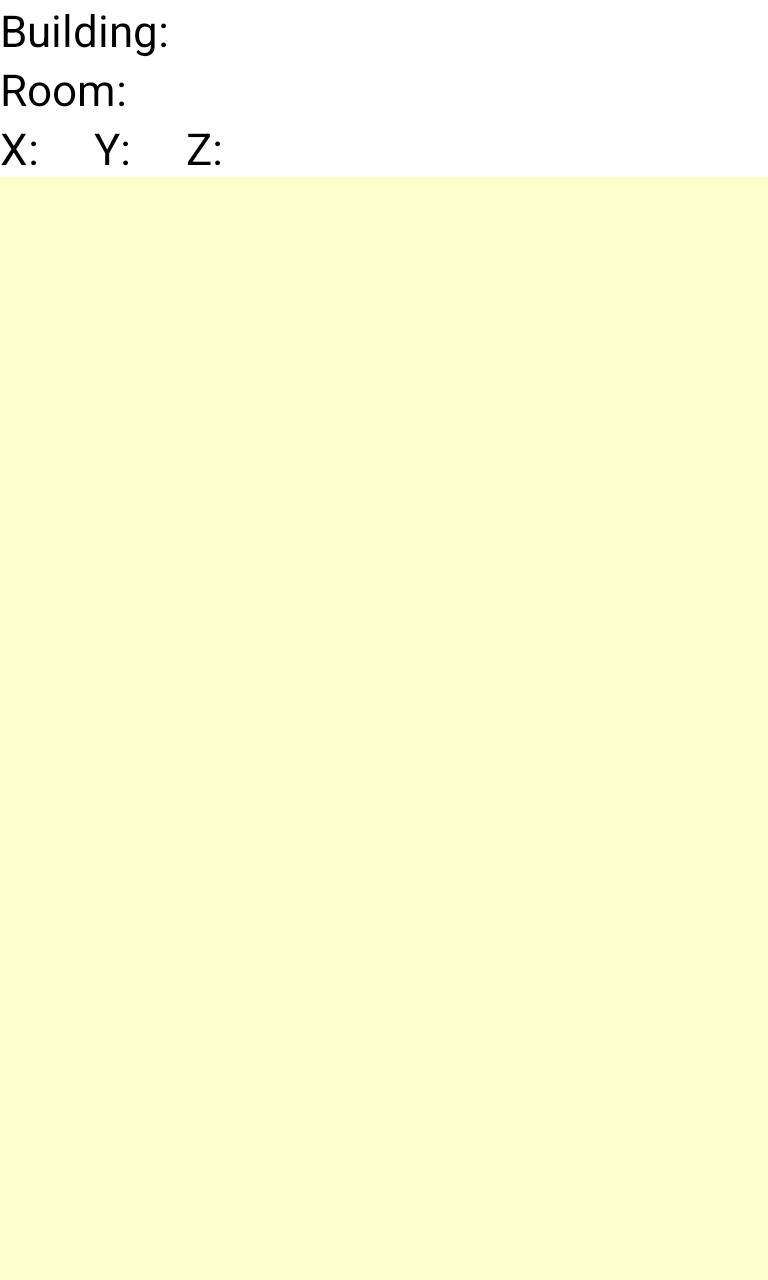
Repository: RenchuSong/tMap_Android
Layout: tmap_model_tool/res/layout/locating.xml
The author's editor kept a copy of each file at every save. The layout is drawn from the files as they stood at one save, then again after the next save.
It is drawn on a 768 x 1280 px phone screen (xhdpi) without system bars, with theme AppTheme; the app's code is not run.

Above is the layout before, as saved 2014-05-11 22:30:48.

### tmap_model_tool/res/layout/locating.xml
<?xml version="1.0" encoding="utf-8"?>
<LinearLayout xmlns:android="http://schemas.android.com/apk/res/android"
    android:layout_width="match_parent"
    android:layout_height="match_parent"
    android:orientation="vertical" >

    <TextView
        android:id="@+id/building"
        android:layout_width="match_parent"
        android:layout_height="wrap_content"
        android:text="Building:"
        android:textAppearance="?android:attr/textAppearanceLarge" />

    <TextView
        android:id="@+id/room"
        android:layout_width="match_parent"
        android:layout_height="wrap_content"
        android:text="Room:"
        android:textAppearance="?android:attr/textAppearanceLarge" />

    <TextView
        android:id="@+id/location"
        android:layout_width="match_parent"
        android:layout_height="wrap_content"
        android:text="X:     Y:     Z:"
        android:textAppearance="?android:attr/textAppearanceLarge" />

    <RelativeLayout
        android:layout_width="match_parent"
        android:layout_height="match_parent"
        android:background="#ffffcc" >
    </RelativeLayout>

</LinearLayout>

Loaded but not shown: tmap_model_tool/res/values/styles.xml (common file); tmap_model_tool/res/values-v11/styles.xml (common file); tmap_model_tool/res/values-v14/styles.xml (common file)

After the next save:
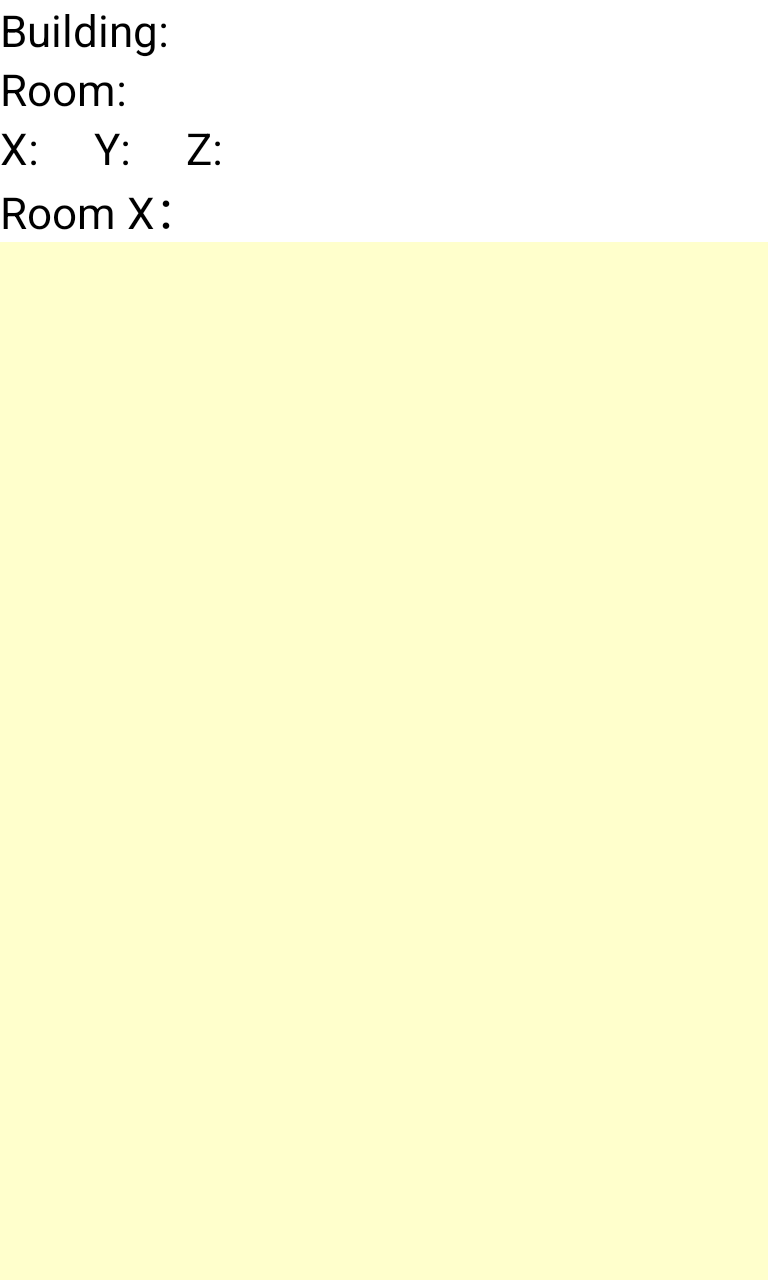
Saved 95 s later.
--- a/tmap_model_tool/res/layout/locating.xml
+++ b/tmap_model_tool/res/layout/locating.xml
@@ -25,6 +25,19 @@
         android:text="X:     Y:     Z:"
         android:textAppearance="?android:attr/textAppearanceLarge" />
 
+    <LinearLayout
+        android:layout_width="match_parent"
+        android:layout_height="wrap_content" >
+
+        <TextView
+            android:id="@+id/textView1"
+            android:layout_width="wrap_content"
+            android:layout_height="wrap_content"
+            android:text="Room X："
+            android:textAppearance="?android:attr/textAppearanceLarge" />
+
+    </LinearLayout>
+
     <RelativeLayout
         android:layout_width="match_parent"
         android:layout_height="match_parent"
